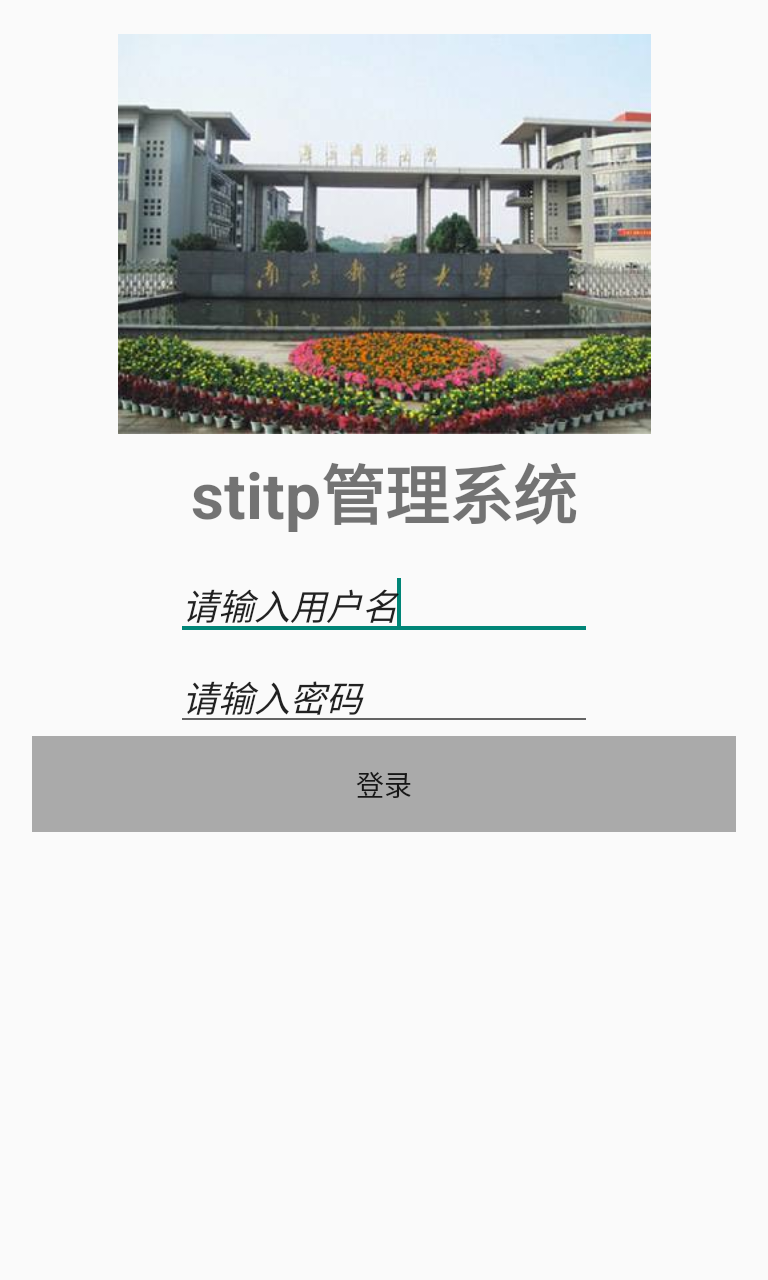
Repository: weizhaopeng/zhou_stitp
Layout: workspace/zhou/res/layout/fragment_main.xml
These files come from the project's save history. The layout is drawn as it stood at one moment and after the next save; the edit follows.
It is drawn on a 768 x 1280 px phone screen (xhdpi) without system bars, with theme AppTheme; the app's code is not run.

Above is the layout before, as saved 2018-11-28 03:28:17.

After the next save:
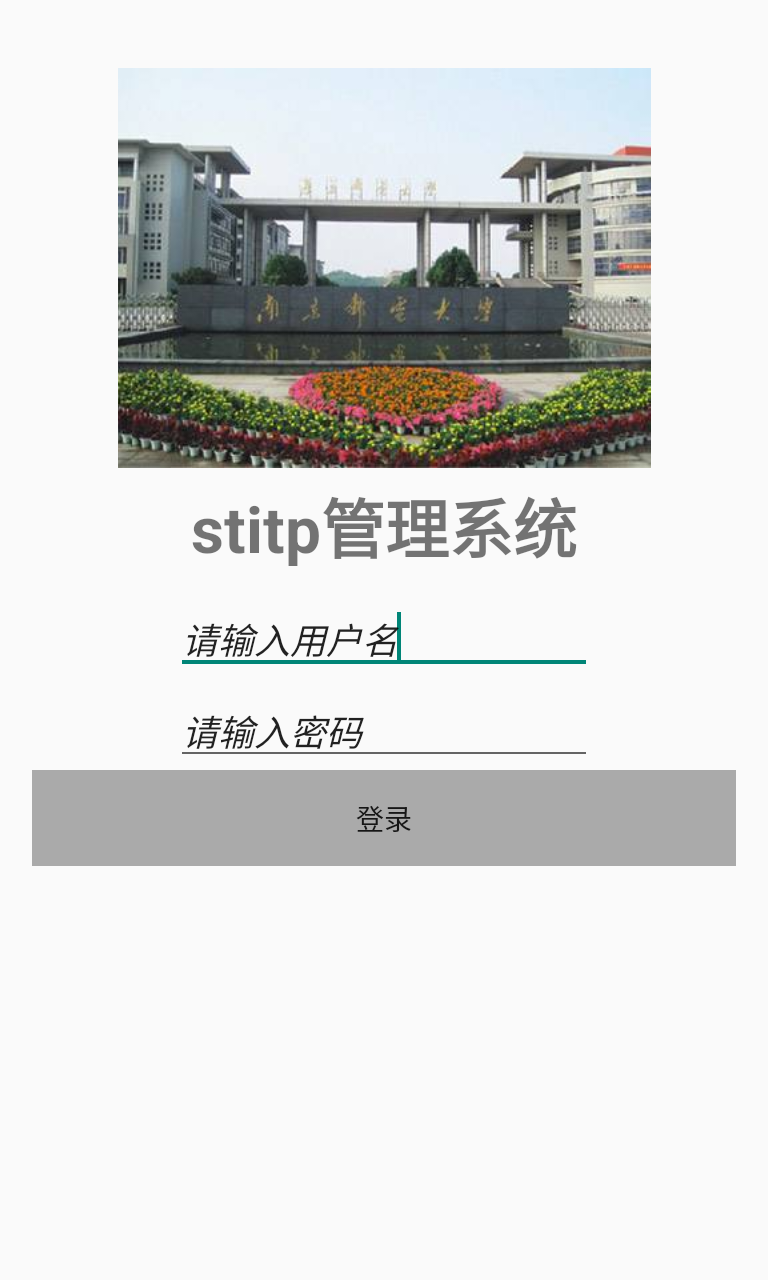
Saved 2 h 48 min later.
--- a/workspace/zhou/res/layout/fragment_main.xml
+++ b/workspace/zhou/res/layout/fragment_main.xml
@@ -15,7 +15,7 @@
         android:layout_height="wrap_content"
         android:layout_alignParentTop="true"
         android:layout_centerHorizontal="true"
-        android:layout_marginTop="1dp"
+        android:layout_marginTop="18dp"
         android:orientation="vertical" >
 
         <ImageView
@@ -76,18 +76,18 @@
         android:contentDescription="输入按钮布局"
         android:layout_width="match_parent"
         android:layout_height="wrap_content"
-        android:layout_below="@+id/main_input">
-
+        android:layout_below="@+id/main_input"
+        android:layout_centerHorizontal="true">
         <Button
             android:id="@+id/main_load"
             android:contentDescription="主界面登录按钮"
             android:layout_width="match_parent"
             android:layout_height="wrap_content"
-            android:layout_gravity="center_horizontal"
             android:background="@android:color/darker_gray"
             android:text="@string/load"
-            android:gravity="center" />
+            />
 
     </LinearLayout>
 
+
 </RelativeLayout>
